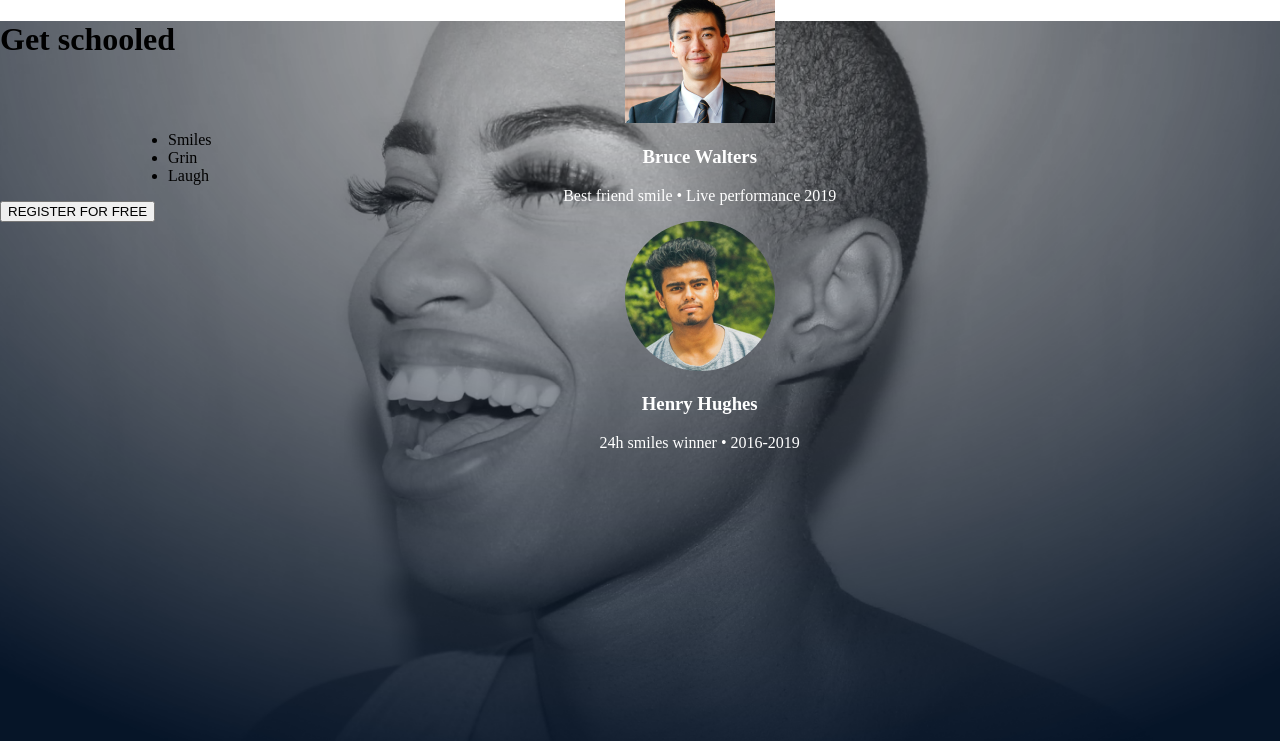
Repository: Patience225/alx_html_css
Page: css_advanced/index.html
These files come from the project's save history. The page is drawn as it stood at one moment and after a run of saves; the edit follows.
The browser window is 1280 px wide. The pictures show the whole page.
Some web fonts or font styles are not loaded; a fallback is used.

Above is the page before, as saved 2025-01-03 16:04:35.

### css_advanced/index.html
<!DOCTYPE html>
<html lang="en">
<head>
  <meta charset="UTF-8">
  <meta name="viewport" content="width=device-width, initial-scale=1.0">
  <title>SmileSchool</title>
  <link rel="stylesheet" href="styles.css">
</head>
<body>
  <header class="hero">
    <div class="hero-content">
      <h1>Get schooled</h1>
      <nav>
        <ul>
          <li>Smiles</li>
          <li>Grin</li>
          <li>Laugh</li>
        </ul>
      </nav>
      <button>REGISTER FOR FREE</button>
    </div>
  </header>

  <section class="learn-pros">
    <h2>Learn from the pros</h2>
    <div class="pros">
      <div class="pro-card">
        <img src="images/Philip Massey.png" alt="Philip Massey">
        <h3>Philip Massey</h3>
        <p>Smile of the year • 2018-2019</p>
      </div>
      <div class="pro-card">
        <img src="images/Nannie Lawrence.png" alt="Nannie Lawrence">
        <h3>Nannie Lawrence</h3>
        <p>Best little smile • 2017</p>
      </div>
      <div class="pro-card">
        <img src="images/Bruce Walters.png" alt="Bruce Walters">
        <h3>Bruce Walters</h3>
        <p>Best friend smile • Live performance 2019</p>
      </div>
      <div class="pro-card">
        <img src="images/Henry Hughes.png" alt="Henry Hughes">
        <h3>Henry Hughes</h3>
        <p>24h smiles winner • 2016-2019</p>
      </div>
    </div>
  </section>

### css_advanced/styles.css
@import url("https://fonts.googleapis.com/css2?family=Source+Sans+3:ital,wght@0,200..900;1,200..900&display=swap");

body {
  padding: 0;
  margin: 0;
  box-sizing: border-box;
  font-family: "Source Sans 3", serif;
}

.hero {
    width: 100vw;
    height: 100vh;
    background-image: url(images/Object.png);
    background-position: center;
    background-size: cover;
    position: relative;
}
nav {
    display: flex;
    align-items: center;
    justify-content: space-between;
    padding-top: 35px;
    padding-right: 10%;
    padding-left: 10%;
}
.hero-links {
    display: inline-block;
    list-style-type: none;
    padding: 10px 20px;
}
.hero-links a {
    color: white;
    text-decoration: none;
    font-weight: bold;
}
.hero-links a:hover {
    color: rgba(194, 113, 255, 1);
    transition: .3s;
}

#get-schooled {
    font-size: 120px;
    font-weight: bold;
    color: white;
    text-align: center;
}
.three-words {
    display: flex;
    align-items: center;
    justify-content: space-evenly;
    position: absolute;
    top: 38.3vh;
    left: 41vw;
    z-index: 1;
}
.the-words {
    color: white;
    padding: 0px 25px;
    font-weight: bold;
}
#header-button {
    padding: 15px 15px;
    font-size: 10px;
    border-radius: 30px;
    background: rgba(194, 113, 255, 1);
    color: white;
    position: absolute;
    top: 46.5vh;
    left: 45vw;
    z-index: 2;
}

.learn-pros {
    text-align: center;
    color: white;
    font-weight: 100;
    position: absolute;
    bottom: 35vh;
    left: 44vw;
    z-index: 3;
}
.learn {
    color: rgba(194, 113, 255, 1);
    font-weight: 800;
}
.header-tutors {
    display: flex;
    align-items: center;
    justify-content: space-evenly;
    position: absolute;
    bottom: 3vh;
    left: 18vw;
    z-index: 4;
}
.header-tutors h3, p {
    color: white;
    text-align: center;
}
.padding-tutors {
    padding: 0 70px;
}

.weather-presenter {
    width: 100vw;
    height: 40vh;
    background-color: rgba(194, 113, 255, 1);
}

.weather-presenter-structure {
    display: flex;
    align-items: center;
    justify-content: center;
    padding: 8vh 20vw;
    color: white;
}
.weather-presenter-structure blockquote {
    font-size: 2.2vmin;
    padding: 0 25px;
    font-weight: 300;
}
.weather-presenter-structure h3 {
    font-size: 2.2vmin;
    font-weight: bold;
    margin-left: 65px;
}
.weather-presenter-structure p{
    font-style: italic;
    font-size: 2.2vmin;
    font-weight: 300;
    margin-left: 65px;
    float: left;
}

.popular-tutorials {
    width: 100vw;
    height: 60vh;
    margin-top: 80px;
    position: relative;
}
.popular-tutorials h2 {
    text-align: center;
    color: rgba(7, 22, 41, 1);
    font-weight: 100;
    margin-bottom: 30px;
}
.tutorial-elements {
    display: flex;
    align-items: center;
    justify-content: center;
    padding: 50px 350px;
}
#tutorials-lorem-styling {
    margin-right: 40px;
    text-align: left;
    color: rgba(7, 22, 41, 0.5016);
}
.image-tutor {
    display: flex;
    align-items: center;
    justify-content: left;
}
.image-tutor img {
    width: 1.5vw;
    height: 2.8vh;
}
.image-tutor h4 {
    margin-left: 10px;
    color: rgba(194, 113, 255, 1);
}
.rating {
    display: flex;
    align-items: center;
    justify-content: space-between;
}
.rating p {
    margin-right: 80px;
    color: rgba(194, 113, 255, 1);
}
.play-button-1 {
    position: absolute;
    top: 16vh;
    left: 21.5vw;
    z-index: 1;
}
.play-button-2 {
    position: absolute;
    top: 16vh;
    left: 38vw;
    z-index: 2;
}
.play-button-3 {
    position: absolute;
    top: 16vh;
    right: 42.46vw;
    z-index: 3;
}
.play-button-4 {
    position: absolute;
    top: 16vh;
    right: 25.9vw;
    z-index: 4;
}

.whole-free-membership {
    background-color: rgba(7, 22, 41, 1);
    width: 100vw;
    height: 50vh;
}
.whole-free-membership h2 {
    text-align: center;
    color: white;
    font-weight: lighter;
    padding-top: 67px;
    padding-bottom: 30px;
}
.free-membership {
    display: flex;
    align-items: center;
    justify-content: space-around;
    padding: 0 300px;
    margin-bottom: 70px;
}
.free-membership-elements {
    text-align: center;
    padding: 0 60px;
}
.free-membership-elements h3 {
    color: white;
    font-weight: 500;
}
.free-membership-elements p {
    font-weight: 100;
}
#membership-button {
    text-align: center;
}
#membership-button button {
    padding: 15px 15px;
    font-size: 10px;
    border-radius: 30px;
    background: rgba(194, 113, 255, 1);
    color: white;
}

.frequently-asked {
    width: 67vw;
    height: 75vh;
    margin: 70px auto 0;
}
.frequently-asked h2 {
    text-align: center;
    font-weight: 300;
    font-size: 60px;
}
.frequently-asked-elements {
    display: flex;
    align-items: center;
    justify-content: space-evenly;
}
.frequently-asked-elements-subsections p {
    text-align: left;
    padding: 0 150px 60px 80px;
    font-weight: 300;
    color: rgba(7, 22, 41, 0.5016);
}
.frequently-asked-elements-subsections h3 {
    text-align: left;
    padding: 0 150px 0 80px;
}

footer {
    background-color: rgba(7, 22, 41, 1);
    width: 100vw;
    height: 25vh;
}
.whole-footer {
    width: 70vw;
    margin: 0 auto;
    padding-top: 85px;
}
.footer-elements {
    display: flex;
    align-items: center;
    justify-content: space-between;
    padding-bottom: 40px;
}
.whole-footer p {
    color: white;
    font-weight: 100;
}
.footer-socials-logo {
    padding: 0 7px;
}

After the next 2 saves:
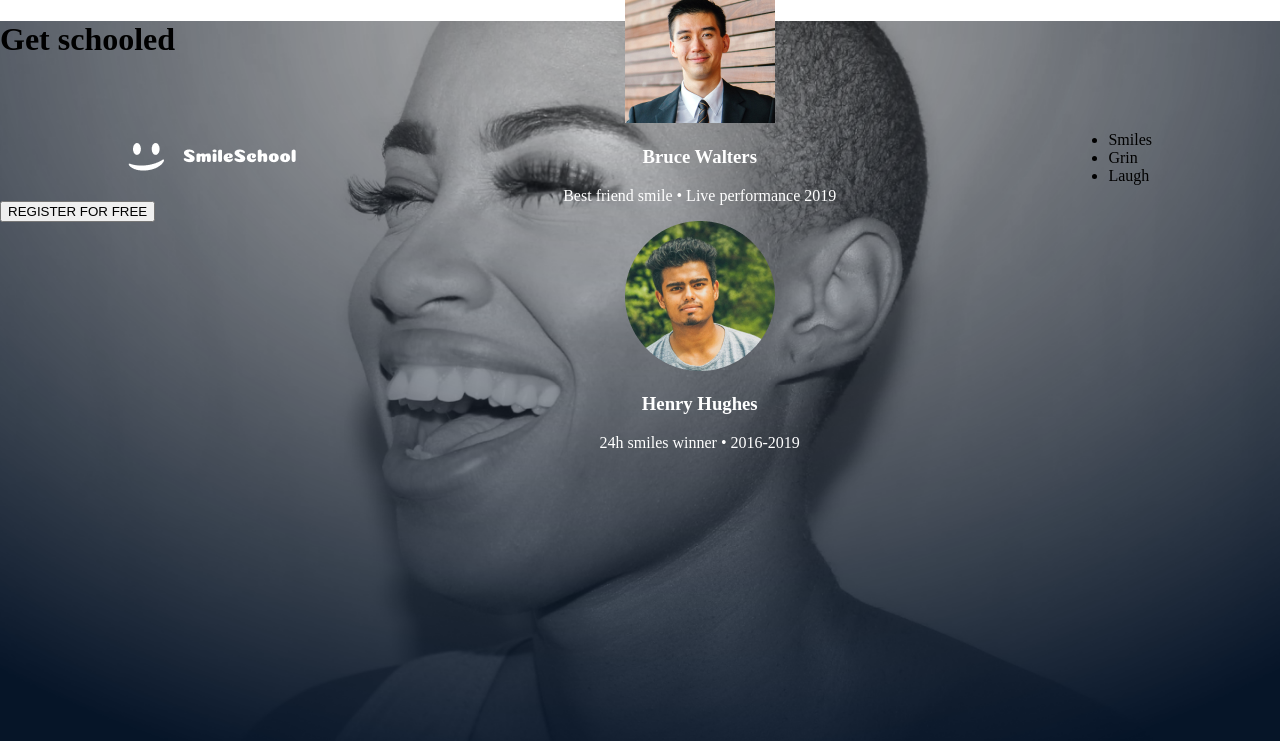
The 2 saves are shown as one change because they came seconds apart.
The last was saved 3 min 47 s later.
--- a/css_advanced/index.html
+++ b/css_advanced/index.html
@@ -11,6 +11,7 @@
     <div class="hero-content">
       <h1>Get schooled</h1>
       <nav>
+        <img src="images/logo.png" alt="Logo" />
         <ul>
           <li>Smiles</li>
           <li>Grin</li>
